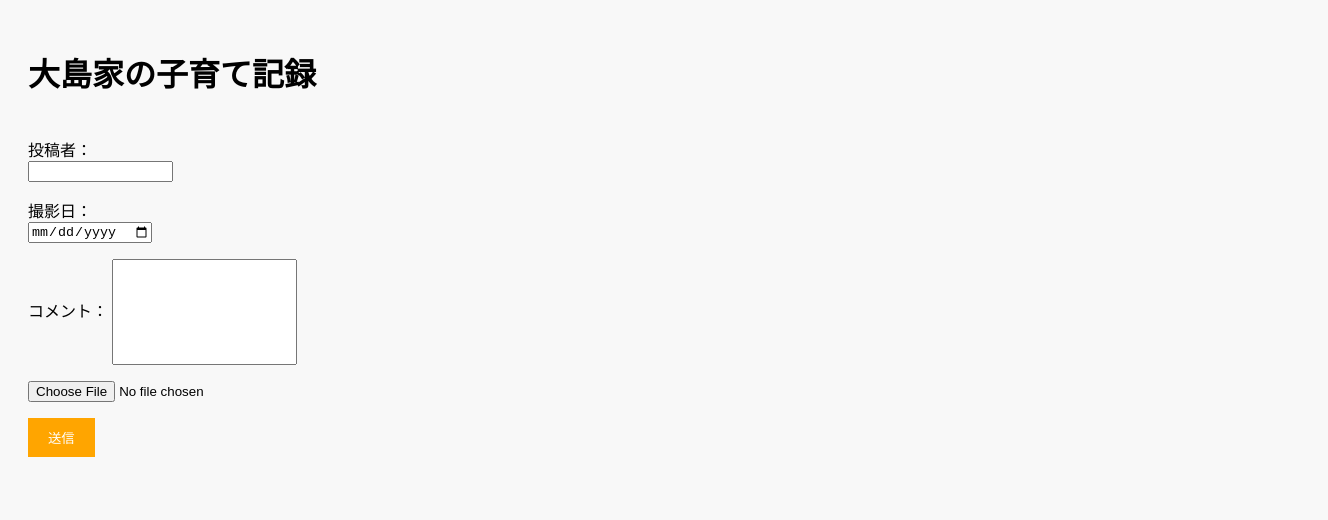
Repository: daidai0602/gs_kadai_questionnaire
Page: http://localhost/post.php
The author's editor kept a copy of each file at every save. The page is drawn from the files as they stood at one save, then again after a run of saves.
The browser window is 1280 px wide. The page is 1328 px wide, so the pictures cover 1328 px, including what lies to the right of the window. The pictures show the whole page.
The page is run by PHP 8.4 with error messages shown; the project is at /var/www/html/.

Above is the page before, as saved 2023-11-15 23:10:30.

### post.php
<!DOCTYPE html>
<html lang="ja">
<head>
  <meta charset="UTF-8">
  <title>Document</title>
  <style>
    body {
      font-family: Arial, Helvetica, sans-serif;
      background-color: #f8f8f8;;
      padding: 20px;
      width: 100%;
      /* text-align: center; */
    }
    h1 {
      padding-bottom: 20px;
    }
    input[type=textarea]{
      height: 100px;
    }
    input[type=submit]{
      background-color: orange;
      color: white;
      padding: 10px 20px;
      border: none;
      cursor: pointer;
    }

  </style>
</head>
<body>
  <h1>大島家の子育て記録</h1>
  <form action="write.php" method="post" enctype="multipart/form-data">
    <p>投稿者：<br>
       <input type="text" name="name" size="15" required></p>
    <p>撮影日：<br>
       <input type="date" name="date" required></p>
    <p>コメント： <input type="textarea" name="comment" size="20" required></p>
    <p><input type="file" name="upload_image"accept=".jpg,.jpeg,.png"></p>
    <p><input type="submit" class="btn_submit" value="送信"></p>
  </form>
</body>
</html>

After the next 2 saves:
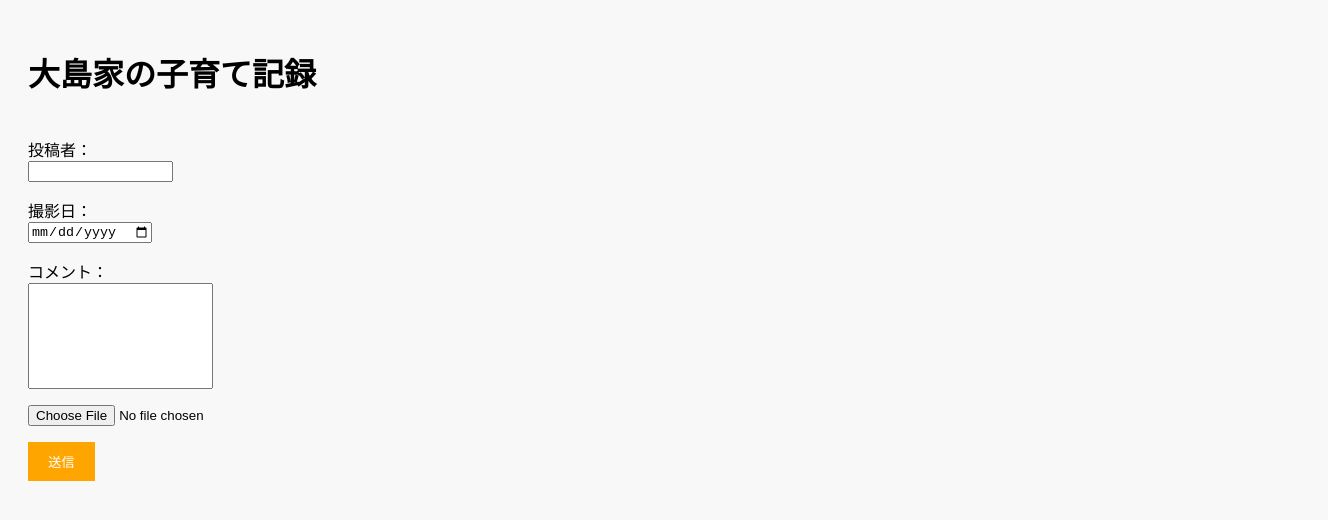
The 2 saves are shown as one change because they came seconds apart.
The last was saved 10 s later.
--- a/post.php
+++ b/post.php
@@ -34,7 +34,8 @@
        <input type="text" name="name" size="15" required></p>
     <p>撮影日：<br>
        <input type="date" name="date" required></p>
-    <p>コメント： <input type="textarea" name="comment" size="20" required></p>
+    <p>コメント：<br>
+       <input type="textarea" name="comment" size="20" required></p>
     <p><input type="file" name="upload_image"accept=".jpg,.jpeg,.png"></p>
     <p><input type="submit" class="btn_submit" value="送信"></p>
   </form>
